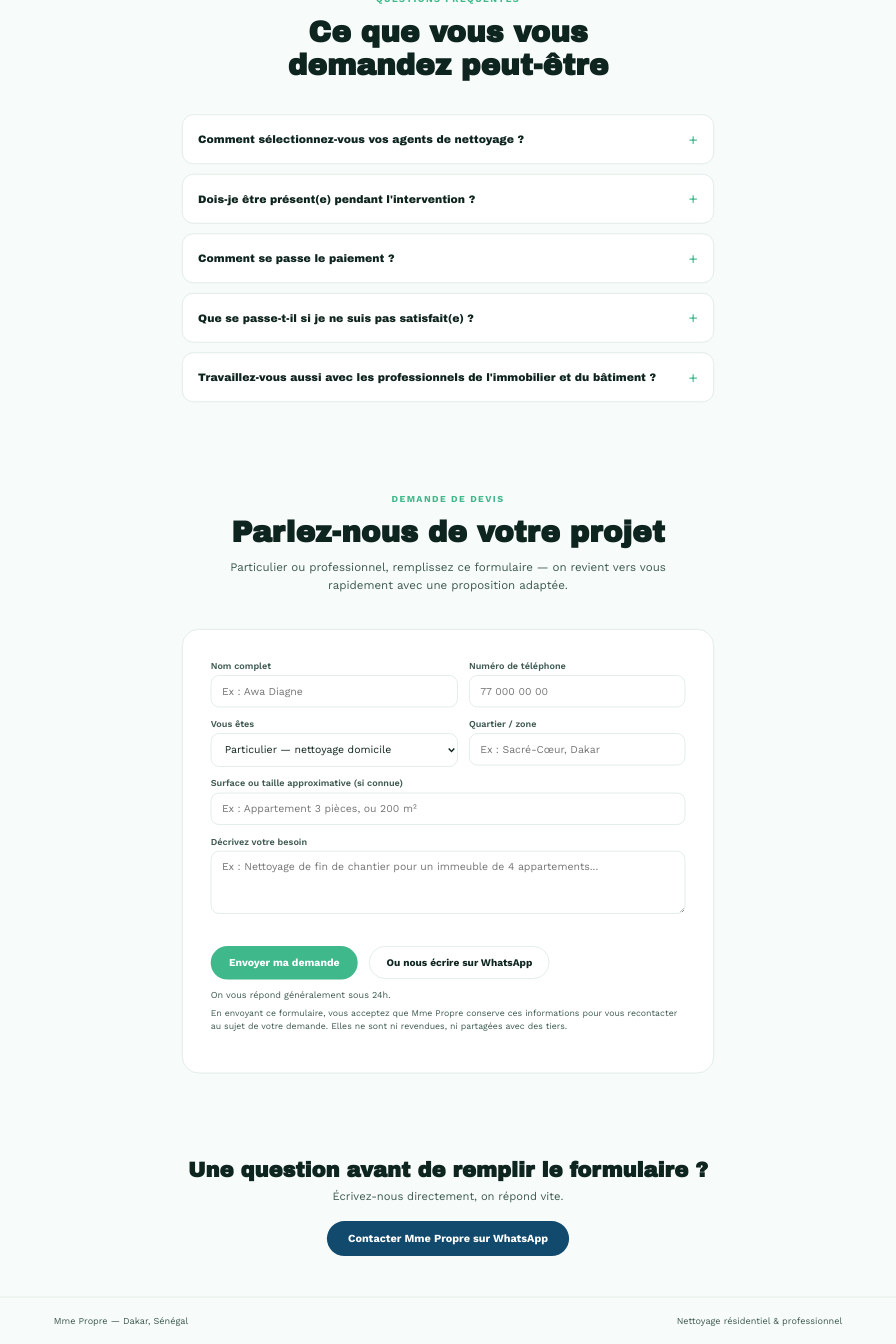
Repository: AntaaaKD/Mme-Propre
Page: Particulier.html
The author's editor kept a copy of each file at every save. The page is drawn from the files as they stood at one save, then again after a run of saves.
The browser window is 1280 px wide. The pictures show the part of the page from y = 1839 to 3759 px (the page is 3759 px tall before and 3699 px after), at 70% of full size.

Above is the page before, as saved 2026-07-25 08:42:29.

### Particulier.html
<!DOCTYPE html>
<html lang="fr">
<head>
<meta charset="UTF-8">
<meta name="viewport" content="width=device-width, initial-scale=1.0">
<title>Mme Propre — La propreté de votre demeure, en un clic</title>
<meta name="description" content="Nettoyage résidentiel et professionnel à Dakar : particuliers, bureaux, post-chantier. Agents de confiance, devis gratuit sous 24h.">

<!-- Aperçu de lien (WhatsApp, Facebook, etc.) -->
<meta property="og:type" content="website">
<meta property="og:title" content="Mme Propre — La propreté de votre demeure, en un clic">
<meta property="og:description" content="Nettoyage résidentiel et professionnel à Dakar : particuliers, bureaux, post-chantier. Agents de confiance, devis gratuit sous 24h.">
<meta property="og:image" content="https://images.unsplash.com/photo-1758272421751-963195322eaa?w=1200&auto=format&fit=crop&q=80">
<!-- ⚠️ Remplacer par l'URL réelle une fois le site déployé sur Netlify -->
<meta property="og:url" content="COLLE_ICI_TON_URL_NETLIFY">
<meta name="twitter:card" content="summary_large_image">
<link rel="icon" type="image/png" href="data:[embedded picture, 38990 characters]">
<link rel="preconnect" href="https://fonts.googleapis.com">
<link rel="preconnect" href="https://fonts.gstatic.com" crossorigin>
<link href="https://fonts.googleapis.com/css2?family=Archivo+Black&family=Work+Sans:wght@400;500;600;700&display=swap" rel="stylesheet">

<!-- Sécurité : Cloudflare Turnstile -->
<script src="https://challenges.cloudflare.com/turnstile/v0/api.js" async defer></script>

<style>
  :root{
    --surface:#F7FBF9;
    --surface-2:#ECF5F0;
    --ink:#0E241E;
    --ink-soft:#3E5A52;
    --blue:#1D6FA5;
    --blue-deep:#124A6E;
    --mint:#3FB88C;
    --lemon:#F2C230;
    --line:#D6E6DE;
    --display:"Archivo Black", sans-serif;
    --body:"Work Sans", sans-serif;
  }
  *{box-sizing:border-box;}
  body{margin:0;padding:0;background:var(--surface);color:var(--ink);font-family:var(--body);}
  a{color:inherit;}
  section{scroll-margin-top:20px;}

  header{
    display:flex;align-items:center;justify-content:space-between;
    padding:15px 6vw;position:sticky;top:0;background:rgba(247,251,249,0.9);
    backdrop-filter:blur(6px);z-index:20;border-bottom:1px solid transparent;
  }
  .logo{display:flex;align-items:center;}
  .logo img{height:40px;width:auto;display:block;}
  nav{display:flex;align-items:center;gap:28px;}
  nav a.nav-link{font-size:14px;font-weight:600;color:var(--ink-soft);text-decoration:none;}
  .header-cta{
    font-size:14px;font-weight:700;color:#fff;background:var(--blue-deep);
    border-radius:999px;padding:11px 22px;text-decoration:none;
    transition:transform .15s ease;
  }
  .header-cta:hover{transform:translateY(-2px);}
  @media (max-width:760px){ nav a.nav-link{display:none;} }

  .hero{position:relative;padding:6vh 6vw 10vh;overflow:hidden;}
  .hero-grid{position:relative;z-index:2;display:grid;grid-template-columns:1.1fr 0.9fr;gap:56px;align-items:center;}
  @media (max-width:860px){.hero-grid{grid-template-columns:1fr;gap:40px;} .hero-image{max-height:320px;}}
  .hero-image{position:relative;border-radius:24px;overflow:hidden;box-shadow:0 24px 50px rgba(14,36,30,0.12);aspect-ratio:1.1;}
  .hero-image img{width:100%;height:100%;object-fit:cover;display:block;}
  .eyebrow{font-size:13px;font-weight:700;letter-spacing:2px;text-transform:uppercase;color:var(--mint);margin-bottom:18px;}
  h1{font-family:var(--display);font-size:clamp(36px,5.5vw,64px);line-height:1.05;margin:0 0 22px;max-width:15ch;}
  h1 .accent{color:var(--blue);}
  .hero p.lead{font-size:18px;color:var(--ink-soft);max-width:46ch;line-height:1.6;margin:0 0 32px;}
  .hero-ctas{display:flex;gap:16px;align-items:center;flex-wrap:wrap;}
  .btn-primary{
    background:var(--mint);color:#fff;font-weight:700;padding:16px 32px;
    border-radius:999px;box-shadow:0 8px 24px rgba(63,184,140,0.25);text-decoration:none;
    transition:transform .2s ease, box-shadow .2s ease;
  }
  .btn-primary:hover{transform:translateY(-2px);box-shadow:0 12px 28px rgba(63,184,140,0.4);}
  .btn-secondary{font-weight:600;color:var(--blue-deep);padding:16px 24px;text-decoration:none;}

  .section{padding:9vh 6vw;}
  .section.alt{background:var(--surface-2);border-top:1px solid var(--line);border-bottom:1px solid var(--line);}
  .section-head{max-width:640px;margin:0 auto 48px;text-align:center;}
  .section-head .eyebrow{justify-content:center;display:flex;}
  .section-head h2{font-family:var(--display);font-size:clamp(28px,3.6vw,42px);margin:0 0 14px;}
  .section-head p{color:var(--ink-soft);font-size:16.5px;line-height:1.6;margin:0;}

  .offers{max-width:1120px;margin:0 auto;display:grid;grid-template-columns:repeat(4,1fr);gap:20px;}
  @media (max-width:980px){.offers{grid-template-columns:repeat(2,1fr);}}
  @media (max-width:560px){.offers{grid-template-columns:1fr;}}
  .offer-card{
    background:#fff;border:1.5px solid var(--line);border-radius:20px;padding:28px 24px;
    display:flex;flex-direction:column;gap:12px;transition:transform .18s ease, box-shadow .18s ease;
  }
  .offer-card:hover{transform:translateY(-4px);box-shadow:0 16px 32px rgba(14,36,30,0.08);}
  .offer-card .emoji{font-size:30px;}
  .offer-card h3{font-family:var(--display);font-size:18px;margin:0;line-height:1.3;}
  .offer-card p{color:var(--ink-soft);font-size:14.5px;line-height:1.55;margin:0;flex:1;}
  .offer-tag{
    align-self:flex-start;font-size:12px;font-weight:700;letter-spacing:0.5px;text-transform:uppercase;
    padding:5px 12px;border-radius:999px;
  }
  .tag-domicile{background:rgba(63,184,140,0.14);color:#1f6b4f;}
  .tag-pro{background:rgba(29,111,165,0.12);color:var(--blue-deep);}
  .offer-quote{font-size:13px;font-weight:600;color:var(--blue);margin-top:2px;}

  .steps{max-width:900px;margin:0 auto;display:grid;grid-template-columns:repeat(3,1fr);gap:28px;}
  @media (max-width:760px){.steps{grid-template-columns:1fr;}}
  .step{text-align:center;}
  .step-num{
    width:44px;height:44px;border-radius:50%;background:var(--blue-deep);color:#fff;
    display:flex;align-items:center;justify-content:center;font-family:var(--display);font-size:17px;
    margin:0 auto 16px;
  }
  .step h4{font-family:var(--display);font-size:17px;margin:0 0 8px;}
  .step p{color:var(--ink-soft);font-size:14.5px;line-height:1.55;margin:0;}

  .form-wrap{max-width:760px;margin:0 auto;background:#fff;border:1.5px solid var(--line);border-radius:24px;padding:44px 40px;}
  @media (max-width:600px){.form-wrap{padding:32px 22px;}}
  .grid{display:grid;grid-template-columns:1fr 1fr;gap:16px;}
  @media (max-width:680px){.grid{grid-template-columns:1fr;}}
  .field{display:flex;flex-direction:column;gap:6px;}
  .field.full{grid-column:1/-1;}
  label{font-size:13px;font-weight:600;color:var(--ink-soft);}
  input,select,textarea{
    font-family:var(--body);font-size:15px;border:1.5px solid var(--line);border-radius:12px;
    padding:13px 15px;background:#fff;color:var(--ink);outline:none;transition:border-color .18s ease;
  }
  input:focus,select:focus,textarea:focus{border-color:var(--blue);}
  textarea{resize:vertical;min-height:90px;}

  .security-row { margin-top: 10px; display: flex; justify-content: center; width: 100%; }

  .submit-row{margin-top:20px;display:flex;align-items:center;gap:16px;flex-wrap:wrap;}
  .btn-whatsapp{
    display:inline-flex;align-items:center;gap:10px;background:var(--mint);color:#fff;border:none;
    border-radius:999px;padding:15px 26px;font-family:var(--body);font-weight:700;font-size:15px;cursor:pointer;
    transition:transform .15s ease, box-shadow .15s ease;
  }
  .btn-whatsapp:hover{transform:translateY(-2px);box-shadow:0 8px 22px rgba(63,184,140,0.35);}
  .btn-whatsapp:disabled{opacity:0.6;cursor:not-allowed;transform:none;}
  .btn-whatsapp-outline{
    display:inline-flex;align-items:center;gap:10px;background:#fff;color:var(--ink);border:1.5px solid var(--line);
    border-radius:999px;padding:14px 24px;font-family:var(--body);font-weight:700;font-size:14.5px;cursor:pointer;
    transition:transform .15s ease, border-color .15s ease;
  }
  .btn-whatsapp-outline:hover{transform:translateY(-2px);border-color:var(--mint);}
  .hint{font-size:13px;color:var(--ink-soft);}
  .privacy-note{font-size:12.5px;color:var(--ink-soft);margin-top:10px;line-height:1.5;}
  .hp-field{position:absolute;left:-9999px;top:-9999px;height:0;width:0;overflow:hidden;}

  .direct{padding:8vh 6vw;text-align:center;}

  /* ---------- FAQ ---------- */
  .faq-list{max-width:760px;margin:0 auto;display:flex;flex-direction:column;gap:14px;}
  .faq-item{
    background:#fff;border:1.5px solid var(--line);border-radius:16px;
    padding:6px 22px;transition:border-color .18s ease;
  }
  .faq-item[open]{border-color:var(--mint);}
  .faq-item summary{
    padding:16px 0;font-family:var(--display);font-size:15.5px;cursor:pointer;
    list-style:none;display:flex;align-items:center;justify-content:space-between;gap:16px;color:var(--ink);
  }
  .faq-item summary::-webkit-details-marker{display:none;}
  .faq-item summary::after{
    content:"+";font-family:var(--body);font-size:22px;font-weight:400;color:var(--mint);flex-shrink:0;
    transition:transform .2s ease;
  }
  .faq-item[open] summary::after{transform:rotate(45deg);}
  .faq-item p{color:var(--ink-soft);font-size:14.5px;line-height:1.6;margin:0 0 18px;}
  .direct h3{font-family:var(--display);font-size:clamp(22px,3vw,30px);margin:0 0 12px;}
  .direct p{color:var(--ink-soft);margin:0 0 26px;font-size:16px;}
  .btn-direct{
    display:inline-flex;align-items:center;gap:10px;
    background:var(--blue-deep);color:#fff;border:none;border-radius:999px;
    padding:16px 30px;font-family:var(--body);font-weight:700;font-size:15.5px;text-decoration:none;
    transition:transform .15s ease;
  }
  .btn-direct:hover{transform:translateY(-2px);}

  footer{padding:26px 6vw;border-top:1px solid var(--line);font-size:13px;color:var(--ink-soft);display:flex;justify-content:space-between;flex-wrap:wrap;gap:10px;}
</style>
</head>
<body>

<header>
  <div class="logo"><img src="data:[embedded picture, 79982 characters]" alt="Mme Propre"></div>
  <nav>
    <a class="nav-link" href="#offres">Nos offres</a>
    <a class="nav-link" href="#comment">Comment ça marche</a>
    <a class="nav-link" href="#faq">FAQ</a>
    <a class="header-cta" href="#devis">Demander un devis</a>
  </nav>
</header>

<section class="hero">
  <div class="hero-grid">
    <div>
      <div class="eyebrow">Dakar · Conciergerie & Nettoyage</div>
      <h1>Votre espace impeccable, <span class="accent">sans effort.</span></h1>
      <p class="lead">Mme Propre réinvente le nettoyage résidentiel et professionnel à Dakar. Profitez d'interventions sur-mesure, réalisées par des agents de confiance rigoureusement sélectionnés.</p>
      <div class="hero-ctas">
        <a href="#devis" class="btn-primary">Demander un devis</a>
        <a href="#offres" class="btn-secondary">Découvrir nos offres ↓</a>
      </div>
    </div>
    <div class="hero-image">
      <img src="images/hero.jpg" alt="Nettoyage professionnel à domicile">
    </div>
  </div>
</section>

<section class="section" id="offres">
  <div class="section-head">
    <div class="eyebrow">Nos services</div>
    <h2>Une offre pour chaque besoin</h2>
    <p>Que vous soyez un particulier ou un professionnel, on adapte notre intervention à votre situation — chaque devis est personnalisé.</p>
  </div>
  <div class="offers">
    <div class="offer-card">
      <span class="emoji">🏠</span>
      <span class="offer-tag tag-domicile">Particuliers</span>
      <h3>Nettoyage journalier</h3>
      <p>Un passage quotidien pour garder votre logement impeccable, adapté à votre emploi du temps.</p>
      <span class="offer-quote">Sur devis</span>
    </div>
    <div class="offer-card">
      <span class="emoji">📅</span>
      <span class="offer-tag tag-domicile">Particuliers</span>
      <h3>Nettoyage hebdomadaire</h3>
      <p>Une intervention régulière chaque semaine, pour un entretien constant sans y penser.</p>
      <span class="offer-quote">Sur devis</span>
    </div>
    <div class="offer-card">
      <span class="emoji">🧹</span>
      <span class="offer-tag tag-domicile">Particuliers</span>
      <h3>Grand ménage</h3>
      <p>Une remise à neuf en profondeur : vitres, recoins difficiles, placards et lessivage des portes, pour un logement comme neuf.</p>
      <span class="offer-quote">Sur devis</span>
    </div>
    <div class="offer-card">
      <span class="emoji">🏗️</span>
      <span class="offer-tag tag-pro">Professionnels</span>
      <h3>Nettoyage post-chantier</h3>
      <p>Remise en état complète après travaux ou finitions : poussière, résidus, vitres — locaux et logements neufs prêts à livrer.</p>
      <span class="offer-quote">Sur devis</span>
    </div>
  </div>
</section>

<section class="section alt" id="comment">
  <div class="section-head">
    <div class="eyebrow">Simple et rapide</div>
    <h2>Comment ça marche</h2>
  </div>
  <div class="steps">
    <div class="step">
      <div class="step-num">1</div>
      <h4>Vous nous contactez</h4>
      <p>Décrivez votre besoin via le formulaire ou directement sur WhatsApp : type de bien, surface, fréquence souhaitée.</p>
    </div>
    <div class="step">
      <div class="step-num">2</div>
      <h4>On évalue ensemble</h4>
      <p>Selon la situation, on échange par téléphone et on organise une visite pour établir un devis précis et adapté.</p>
    </div>
    <div class="step">
      <div class="step-num">3</div>
      <h4>Intervention programmée</h4>
      <p>Une fois le devis validé, on planifie l'intervention à la date qui vous convient le mieux.</p>
    </div>
  </div>
</section>

<section class="section" id="faq">
  <div class="section-head">
    <div class="eyebrow">Questions fréquentes</div>
    <h2>Ce que vous vous demandez peut-être</h2>
  </div>
  <div class="faq-list">
    <details class="faq-item">
      <summary>Comment sélectionnez-vous vos agents de nettoyage ?</summary>
      <p>Chaque candidat passe par une vérification d'identité (pièce d'identité) et fournit une personne de référence avant de rejoindre l'équipe. On reste une petite structure qui démarre, donc chaque profil est validé personnellement plutôt que via un processus automatisé.</p>
    </details>
    <details class="faq-item">
      <summary>Dois-je être présent(e) pendant l'intervention ?</summary>
      <p>Ce n'est pas obligatoire, mais c'est recommandé pour la toute première intervention afin de valider ensemble vos attentes et l'accès au logement. Pour les interventions suivantes, on s'organise selon ce qui vous convient le mieux.</p>
    </details>
    <details class="faq-item">
      <summary>Comment se passe le paiement ?</summary>
      <p>Les modalités (montant, moyen de paiement, fréquence) sont fixées ensemble au moment du devis, avant toute intervention — vous savez exactement à quoi vous attendre dès le départ.</p>
    </details>
    <details class="faq-item">
      <summary>Que se passe-t-il si je ne suis pas satisfait(e) ?</summary>
      <p>Contactez-nous directement — on préfère de loin ajuster le service avec vous plutôt que de laisser un problème sans réponse.</p>
    </details>
    <details class="faq-item">
      <summary>Travaillez-vous aussi avec les professionnels de l'immobilier et du bâtiment ?</summary>
      <p>Oui — nettoyage post-chantier, remise en état de logements neufs ou de locaux avant livraison. Contactez-nous pour discuter de vos besoins, ponctuels ou récurrents.</p>
    </details>
  </div>
</section>

<section class="section" id="devis">
  <div class="section-head">
    <div class="eyebrow">Demande de devis</div>
    <h2>Parlez-nous de votre projet</h2>
    <p>Particulier ou professionnel, remplissez ce formulaire — on revient vers vous rapidement avec une proposition adaptée.</p>
  </div>

  <div class="form-wrap">
    <div class="grid">
      <div class="field"><label for="d-nom">Nom complet</label><input id="d-nom" type="text" required maxlength="80" autocomplete="name" placeholder="Ex : Awa Diagne"></div>
      <div class="field"><label for="d-tel">Numéro de téléphone</label><input id="d-tel" type="tel" required maxlength="25" autocomplete="tel" inputmode="tel" pattern="^[0-9+ ]{7,25}$" placeholder="77 000 00 00"></div>
      <div class="field">
        <label for="d-type">Vous êtes</label>
        <select id="d-type">
          <option value="Particulier — Domicile">Particulier — nettoyage domicile</option>
          <option value="Pro — Post-chantier">Professionnel — nettoyage post-chantier</option>
          <option value="Pro — Bureaux/Locaux">Professionnel — bureaux / locaux</option>
          <option value="Autre">Autre</option>
        </select>
      </div>
      <div class="field"><label for="d-zone">Quartier / zone</label><input id="d-zone" type="text" placeholder="Ex : Sacré-Cœur, Dakar" maxlength="100"></div>
      <div class="field full"><label for="d-surface">Surface ou taille approximative (si connue)</label><input id="d-surface" type="text" placeholder="Ex : Appartement 3 pièces, ou 200 m²" maxlength="100"></div>
      <div class="field full">
        <label for="d-msg">Décrivez votre besoin</label>
        <textarea id="d-msg" maxlength="1000" placeholder="Ex : Nettoyage de fin de chantier pour un immeuble de 4 appartements..."></textarea>
      </div>

      <!-- Champ piège anti-bot : invisible pour un humain, souvent rempli par les robots -->
      <div class="field full hp-field" aria-hidden="true">
        <label for="d-site">Laisser ce champ vide</label>
        <input id="d-site" type="text" tabindex="-1" autocomplete="off">
      </div>

      <div class="field full security-row">
        <div class="cf-turnstile" data-sitekey="0x4AAAAAAD6Cu6YosposxSZD"></div>
      </div>
    </div>

    <div class="submit-row">
      <button class="btn-whatsapp" id="submit-btn" onclick="submitDevis()">Envoyer ma demande</button>
      <button class="btn-whatsapp-outline" onclick="sendWhatsappDirect()">Ou nous écrire sur WhatsApp</button>
    </div>
    <div class="hint" id="submit-status" style="margin-top:14px;">On vous répond généralement sous 24h.</div>
    <p class="privacy-note">En envoyant ce formulaire, vous acceptez que Mme Propre conserve ces informations pour vous recontacter au sujet de votre demande. Elles ne sont ni revendues, ni partagées avec des tiers.</p>
  </div>
</section>

<section class="direct">
  <h3>Une question avant de remplir le formulaire ?</h3>
  <p>Écrivez-nous directement, on répond vite.</p>
  <a class="btn-direct" id="direct-wa" href="#" target="_blank" rel="noopener">Contacter Mme Propre sur WhatsApp</a>
</section>

<footer>
  <span>Mme Propre — Dakar, Sénégal</span>
  <span>Nettoyage résidentiel & professionnel</span>
</footer>

<script>
  const WHATSAPP_NUMBER = "221775730664";
  const GAS_WEB_APP_URL = "https://script.google.com/macros/s/AKfycbztkSX3TyebbLAMASZva5rAbgVcuSgHpPOw3mWZLaVD60Z6R83ZnjcCemumw_IpcYI8/exec";

  document.getElementById('direct-wa').href = `https://wa.me/${WHATSAPP_NUMBER}?text=${encodeURIComponent("Bonjour Mme Propre, j'ai une question 👋")}`;

  function getDevisData(){
    return {
      nom: document.getElementById('d-nom').value.trim(),
      tel: document.getElementById('d-tel').value.trim(),
      typeDemande: document.getElementById('d-type').value,
      zone: document.getElementById('d-zone').value.trim(),
      surface: document.getElementById('d-surface').value.trim(),
      message: document.getElementById('d-msg').value.trim(),
    };
  }

  let isSubmitting = false;

  async function submitDevis(){
    if(isSubmitting) return;
    const btn = document.getElementById('submit-btn');
    const status = document.getElementById('submit-status');
    const data = getDevisData();

    // Honeypot : un humain ne remplit jamais ce champ invisible
    const honeypot = document.getElementById('d-site').value;
    if(honeypot){
      status.style.color = "#3FB88C";
      status.textContent = "Demande reçue ! On revient vers vous très bientôt.";
      return;
    }

    // Jeton généré par Cloudflare Turnstile
    const turnstileResponse = document.querySelector('[name="cf-turnstile-response"]');
    const turnstileToken = turnstileResponse ? turnstileResponse.value : "";

    if (!turnstileToken) {
      status.textContent = "Veuillez valider la vérification de sécurité (anti-bot).";
      status.style.color = "#B3261E";
      return;
    }

    if(!data.nom || !data.tel){
      status.textContent = "Merci de renseigner au moins votre nom et votre numéro.";
      status.style.color = "#B3261E";
      return;
    }

    isSubmitting = true;
    btn.disabled = true;
    btn.textContent = "Envoi en cours...";
    status.style.color = "";
    status.textContent = "Validation en cours...";

    const controller = new AbortController();
    const timeoutId = setTimeout(() => controller.abort(), 12000);

    try {
      // ⚠️ mode: "no-cors" est INDISPENSABLE avec les Web Apps Apps Script :
      // sans lui, le navigateur convertit la requête POST en GET lors de la
      // redirection interne de Google, et le formulaire n'enregistre plus rien.
      await fetch(GAS_WEB_APP_URL, {
        method: "POST",
        mode: "no-cors",
        headers: { "Content-Type": "text/plain;charset=utf-8" },
        body: JSON.stringify({ formType: "devis", turnstileToken, ...data }),
        signal: controller.signal
      });
      clearTimeout(timeoutId);

      btn.textContent = "Envoyé ✓";
      status.style.color = "#3FB88C";
      status.textContent = "Demande reçue ! On revient vers vous très bientôt.";

      document.querySelectorAll('#devis input, #devis select, #devis textarea').forEach(el => {
        if (el.type !== 'hidden') el.value = "";
      });
      if (typeof turnstile !== 'undefined') turnstile.reset();

    } catch(err){
      clearTimeout(timeoutId);
      btn.disabled = false;
      isSubmitting = false;
      btn.textContent = "Envoyer ma demande";
      status.style.color = "#B3261E";
      status.textContent = "Une erreur est survenue lors de l'envoi. Veuillez réessayer.";
    }
  }

  function sendWhatsappDirect(){
    const data = getDevisData();
    let text = "Bonjour Mme Propre 👋\n\nJe souhaite un devis pour un service de nettoyage.";
    if(data.nom) text += `\n\nNom : ${data.nom}`;
    if(data.tel) text += `\nTéléphone : ${data.tel}`;
    if(data.typeDemande) text += `\nType : ${data.typeDemande}`;
    if(data.zone) text += `\nZone : ${data.zone}`;
    if(data.surface) text += `\nSurface : ${data.surface}`;
    if(data.message) text += `\nDétails : ${data.message}`;
    const url = `https://wa.me/${WHATSAPP_NUMBER}?text=${encodeURIComponent(text)}`;
    window.open(url, '_blank');
  }
</script>

</body>
</html>

After the next 2 saves:
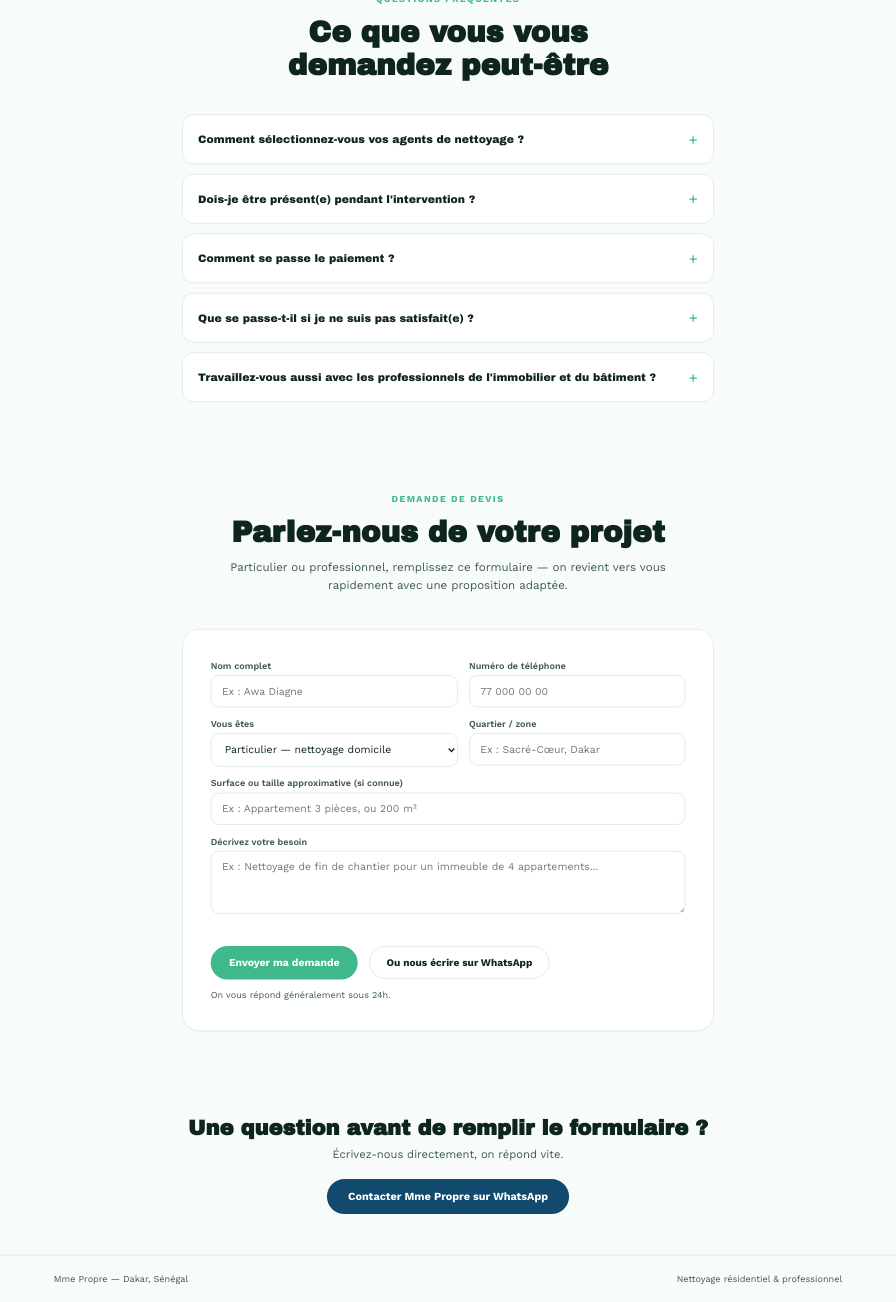
The 2 saves are shown as one change because they came seconds apart.
The last was saved 98 s later.
--- a/Particulier.html
+++ b/Particulier.html
@@ -343,7 +343,6 @@
       <button class="btn-whatsapp-outline" onclick="sendWhatsappDirect()">Ou nous écrire sur WhatsApp</button>
     </div>
     <div class="hint" id="submit-status" style="margin-top:14px;">On vous répond généralement sous 24h.</div>
-    <p class="privacy-note">En envoyant ce formulaire, vous acceptez que Mme Propre conserve ces informations pour vous recontacter au sujet de votre demande. Elles ne sont ni revendues, ni partagées avec des tiers.</p>
   </div>
 </section>
 
